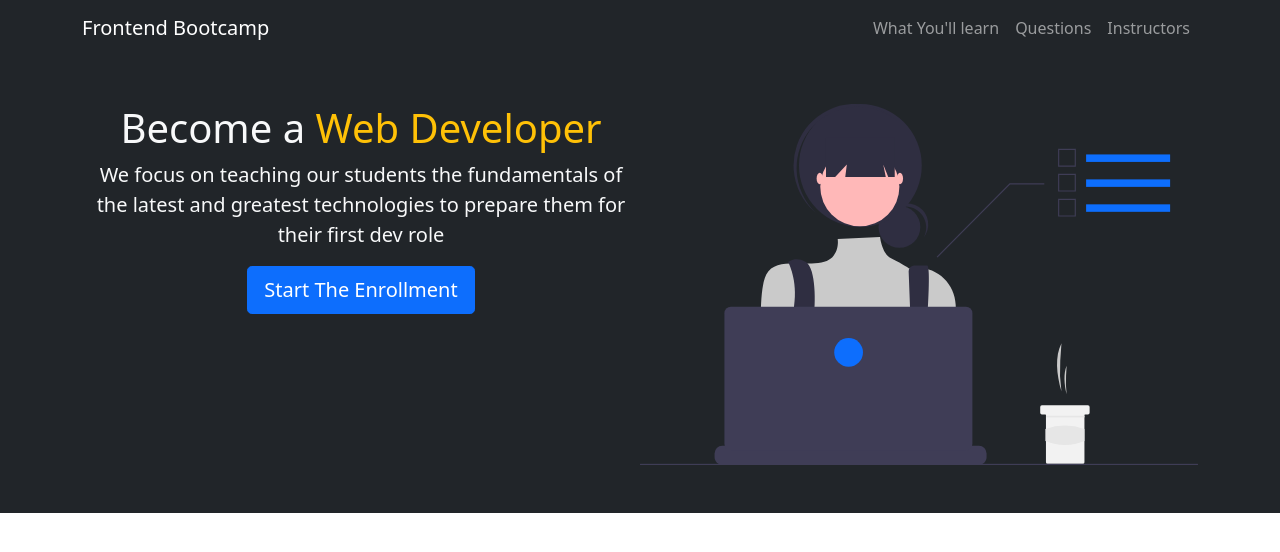
Repository: Marhamat92/Bootstrap5-Responsive-Website-
Page: index.html
An editor plug-in stored every save of this project. The page is shown before and after the next save, followed by the edit.
The browser window is 1280 px wide. The pictures show the whole page.

Above is the page before, as saved 2021-09-18 16:14:50.

### index.html
<!DOCTYPE html>
<html lang="en">

<head>
    <meta charset="UTF-8">
    <meta http-equiv="X-UA-Compatible" content="IE=edge">
    <meta name="viewport" content="width=device-width, initial-scale=1.0">
    <link href="https://cdn.jsdelivr.net/npm/bootstrap@5.0.2/dist/css/bootstrap.min.css" rel="stylesheet"
        integrity="sha384-EVSTQN3/azprG1Anm3QDgpJLIm9Nao0Yz1ztcQTwFspd3yD65VohhpuuCOmLASjC" crossorigin="anonymous">
    <link rel="stylesheet" href="style.css">
    <title>Frontend Bootcamp</title>

</head>

<body>
    <!--Navbar-->
    <nav class="navbar navbar-expand-lg bg-dark navbar-dark">
        <div class="container">
            <a href="#" class="navbar-brand">Frontend Bootcamp</a>
            <button class="navbar-toggler" type="button" data-bs-toggle="collapse" data-bs-target="#navmenu">
                <span class="navbar-toggler-icon"></span>
            </button>
            <div class="collapse navbar-collapse" id="navmenu">
                <ul class="navbar-nav ms-auto">
                    <li class="nav-item">
                        <a href="#learn" class="nav-link">What You'll learn</a>
                    </li>
                    <li class="nav-item">
                        <a href="#questions" class="nav-link">Questions</a>
                    </li>
                    <li class="nav-item">
                        <a href="#instructors" class="nav-link">Instructors</a>
                    </li>
                </ul>
            </div>
        </div>
    </nav>

<!--Showcase-->

<section class="bg-dark text-light p-5 text-center">
    <div class="container">
      <div class="d-sm-flex">
          <div>
              <h1>Become a <span class="text-warning">Web Developer</span> </h1>
              <p class="lead">We focus on teaching our students the fundamentals of the latest and
                  greatest technologies to prepare them for their first dev role
              </p>
              <button class="btn btn-primary btn-lg">Start The Enrollment</button>
          </div>
          <img class="img-fluid w-50" src="img/showcase.svg" alt="showcase">
      </div>
    </div>
</section>
























    <script src="https://cdn.jsdelivr.net/npm/bootstrap@5.0.2/dist/js/bootstrap.bundle.min.js"
        integrity="sha384-MrcW6ZMFYlzcLA8Nl+NtUVF0sA7MsXsP1UyJoMp4YLEuNSfAP+JcXn/tWtIaxVXM" crossorigin="anonymous">
    </script>
</body>

</html>

Loaded but not shown: style.css (no copy from this time; the picture is the same without it)

After the next save:
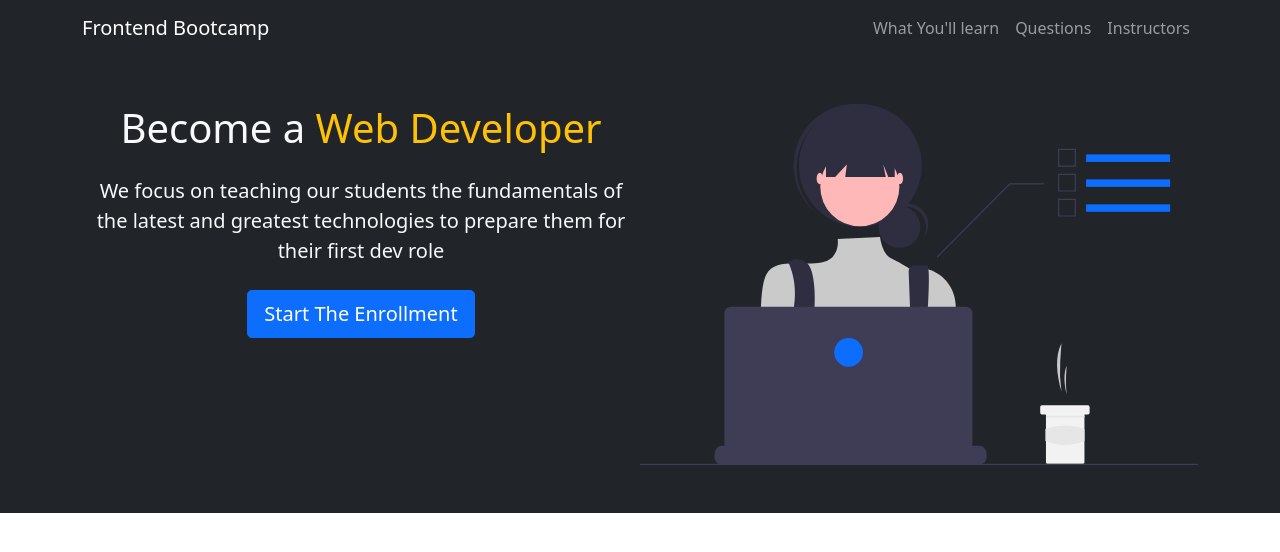
Saved 68 s later.
--- a/index.html
+++ b/index.html
@@ -43,7 +43,7 @@
       <div class="d-sm-flex">
           <div>
               <h1>Become a <span class="text-warning">Web Developer</span> </h1>
-              <p class="lead">We focus on teaching our students the fundamentals of the latest and
+              <p class="lead my-4">We focus on teaching our students the fundamentals of the latest and
                   greatest technologies to prepare them for their first dev role
               </p>
               <button class="btn btn-primary btn-lg">Start The Enrollment</button>
